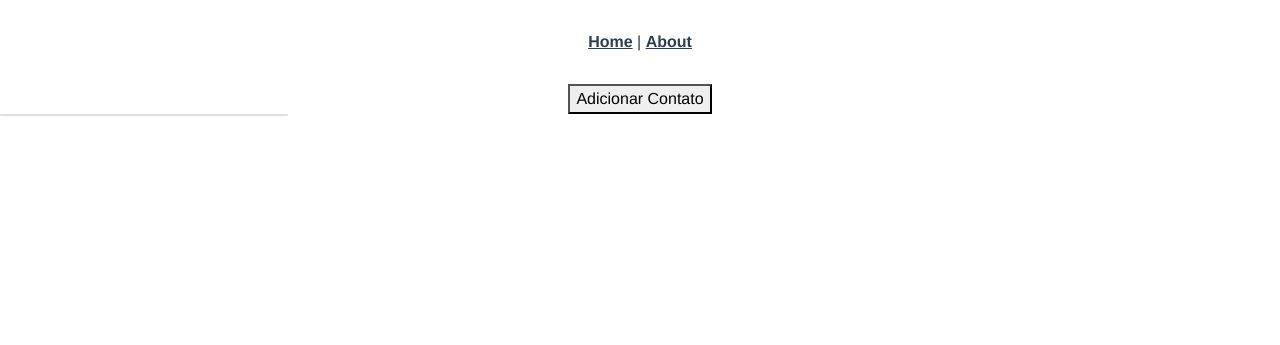
Repository: caiomitsuo/ContactsVueJs
Page: /lista
An editor plug-in stored every save of this project. The page is shown before and after the next save, followed by the edit.
The browser window is 1280 px wide. The pictures show the whole page.
The page's requests for data from a server got no answer. The project was rebuilt for these pictures with package versions that can differ from the ones it lists, and the page was loaded fresh each time. No one was signed in, and anything a server would have sent is missing. Also part of the build but not shown: vue.config.js, src/components/HelloWorld.vue, src/views/HomeView.vue.

Above is the page before, as saved 2022-04-30 12:14:52.

After the next save:
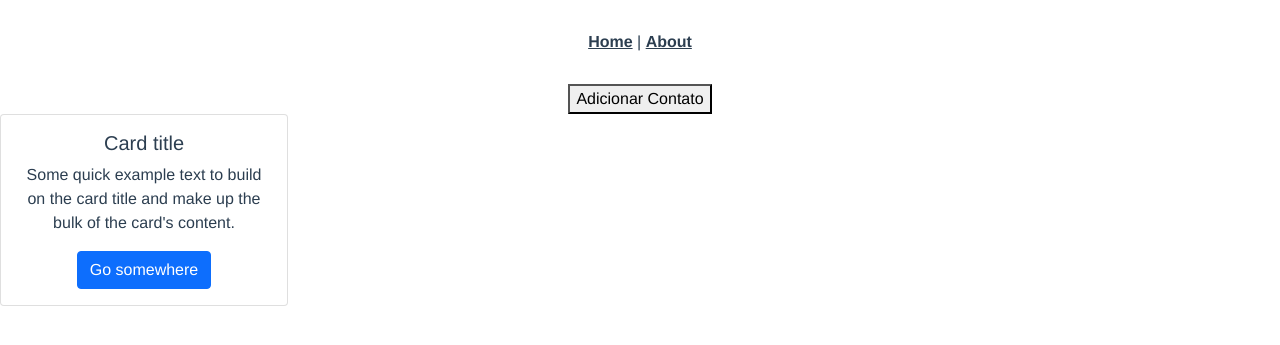
Saved 8 s later.
--- a/src/views/ListView.vue
+++ b/src/views/ListView.vue
@@ -3,8 +3,11 @@
     <div>
         <button>Adicionar Contato</button>
     </div>
-    <div class="card" style="width: 18rem;">
-
+    <div class="card" style="width: 18rem;"><div class="card-body">
+    <h5 class="card-title">Card title</h5>
+    <p class="card-text">Some quick example text to build on the card title and make up the bulk of the card's content.</p>
+    <a href="#" class="btn btn-primary">Go somewhere</a>
+  </div>
     </div>
 </div>
 </template>
